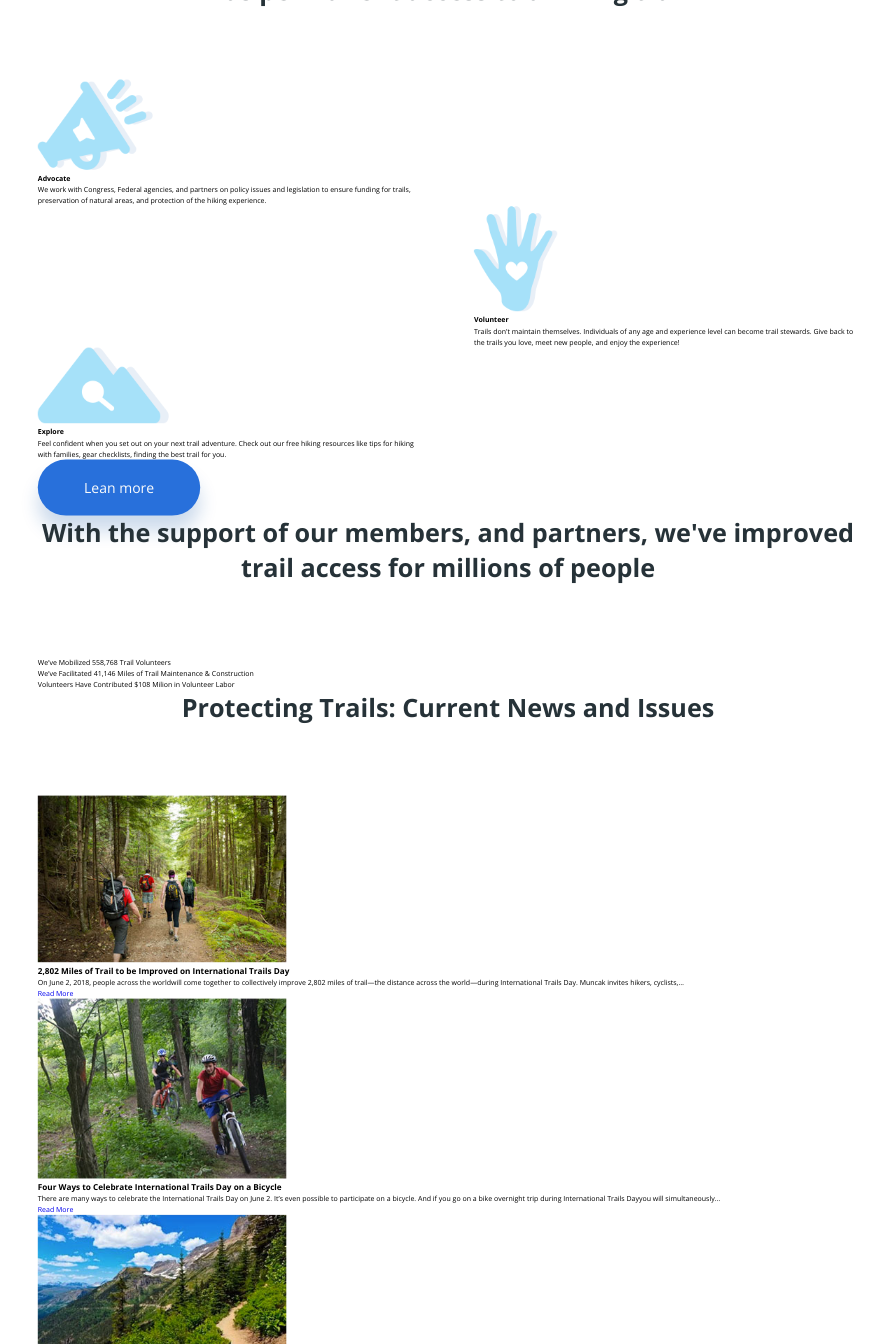
Repository: huubinh98/Project
Page: muncak/index.html
An editor plug-in stored every save of this project. The page is shown before and after the next save, followed by the edit.
The browser window is 1280 px wide. The pictures show the part of the page from y = 1272 to 3192 px (the page is 3764 px tall before and 5127 px after), at 70% of full size.

Above is the page before, as saved 2021-08-28 18:27:24.

After the next save:
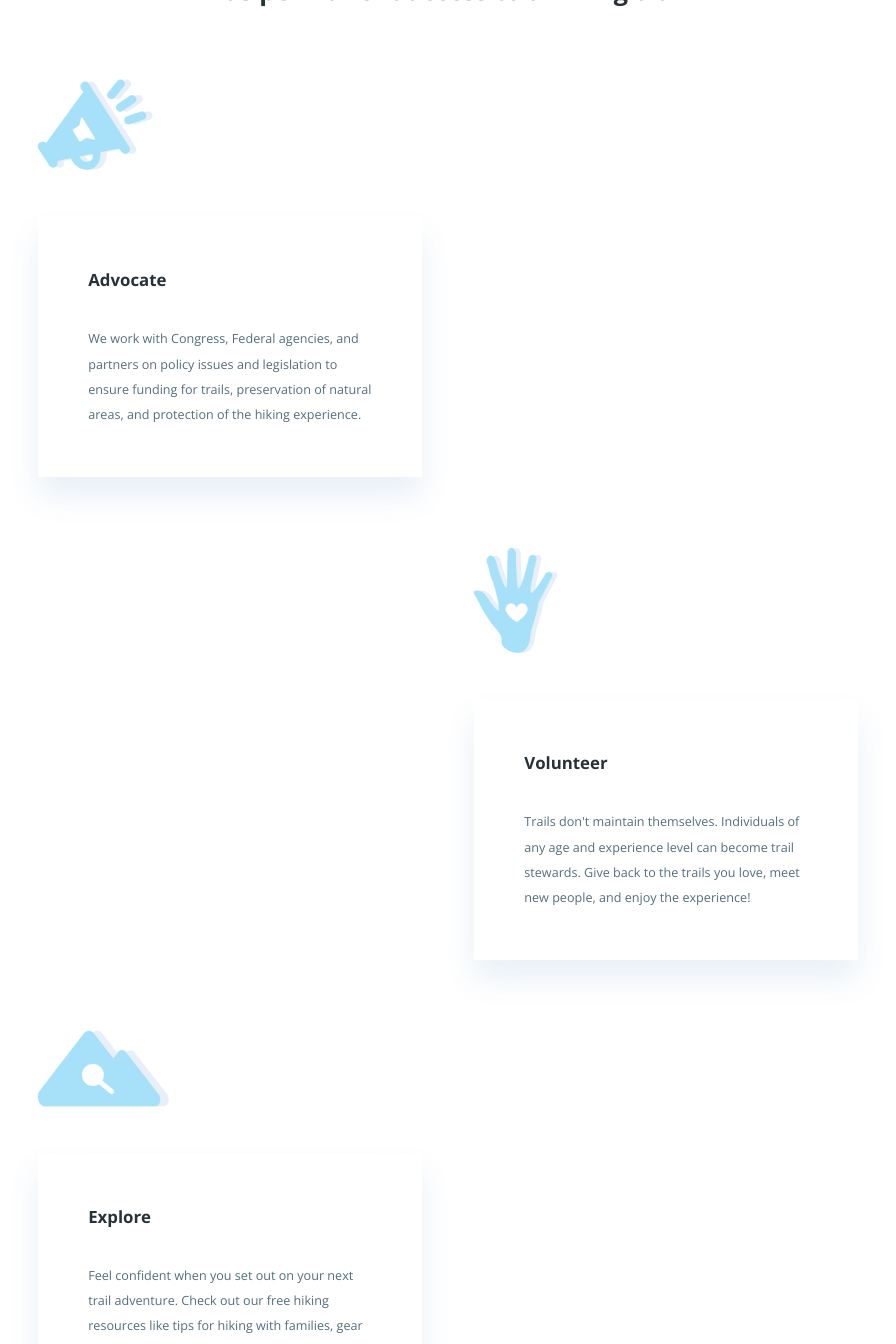
Saved 19 min 50 s later.
--- a/muncak/style.css
+++ b/muncak/style.css
@@ -137,9 +137,33 @@ a {
 
 .about-item {
     max-width: 549px;
+    margin-top: 101px;
 }
 
 
 .about-item:nth-child(2n + 1) {
     margin-left: auto;
 }
+
+.about-img {
+    margin-bottom: 63px;
+}
+
+.about-content {
+    box-shadow: 0 27px 43px rgb(32 94 171 / 10%);
+    background-color: #fff;
+    padding: 72px;
+}
+
+.about-content-heading {
+    font-size: 2.4rem;
+    line-height: 3.6rem;
+    color: #263238;
+    padding-bottom: 48px;
+}
+
+.about-content-desc {
+    font-size: 1.8rem;
+    line-height: 3.6rem;
+    color: #546e7a;
+}
